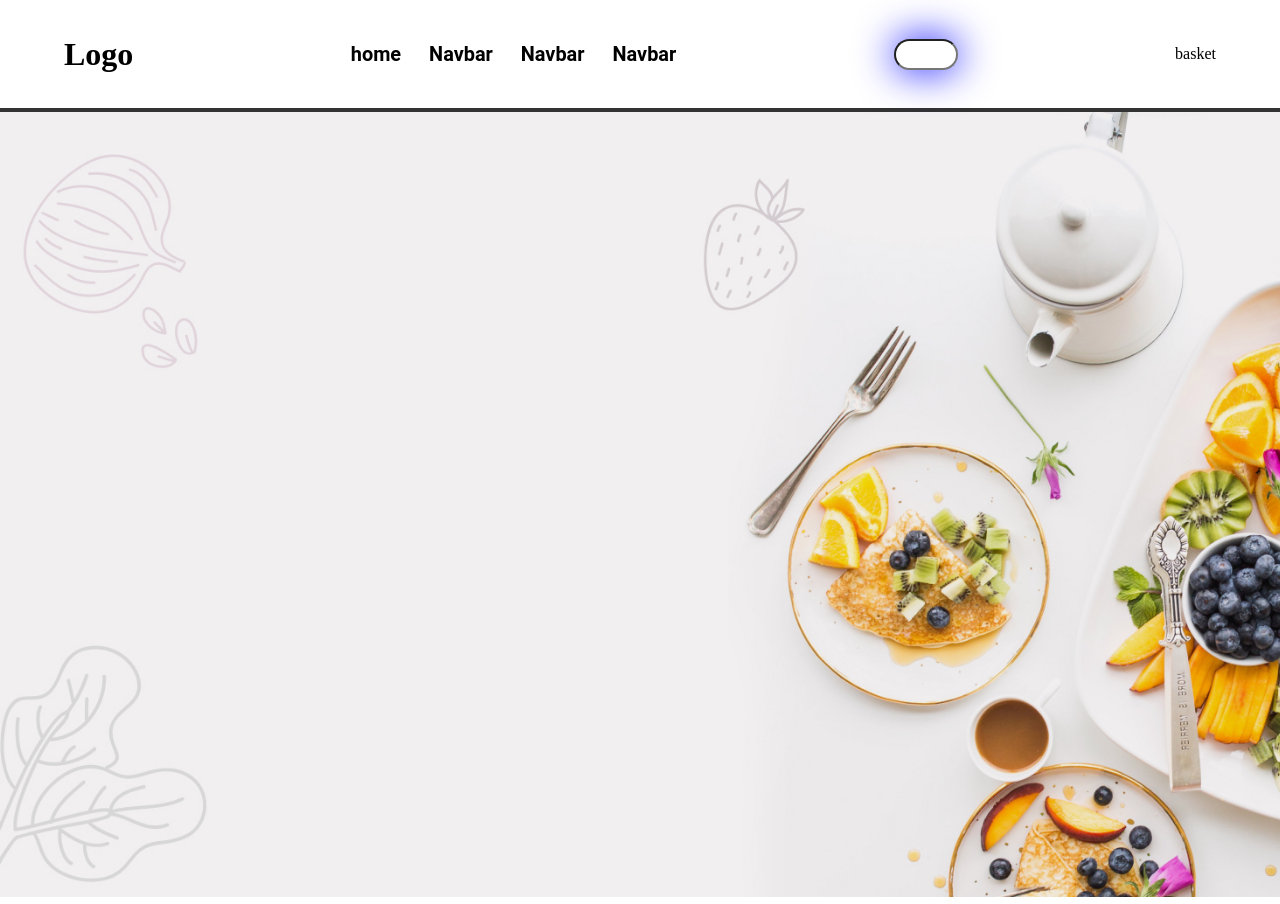
Repository: Islam432/Islam-and-Arsi---team
Page: /
These files come from the project's save history. The page is drawn as it stood at one moment and after the next save; the edit follows.
The browser window is 1280 px wide. The pictures show the whole page.
The pointer rests on the first visible `input`.
The project was rebuilt for these pictures with package versions that can differ from the ones it lists, and the page was loaded fresh each time. Also part of the build but not shown: vite.config.js, src/App.css, src/components/Comp/Comp.jsx.

Above is the page before, as saved 2023-03-11 23:43:06.

### src/main.jsx
import React from "react";
import ReactDOM from "react-dom/client";
import App from "./App";
import "./index.css";
import { BrowserRouter } from "react-router-dom";


ReactDOM.createRoot(document.getElementById("root")).render(
  <React.StrictMode>

      <BrowserRouter>
        <App />
      </BrowserRouter>

  </React.StrictMode>
);

### src/App.jsx
import { useState } from "react";
import reactLogo from "./assets/react.svg";
import "./App.css";
import { Route, Routes } from "react-router-dom";
import { Layout } from "./components/Layout";
import { Home } from "./components/Home/Home";
import { Comp } from "./components/Comp/Comp";

function App() {
  return (

    <Layout>  <Routes>
    <Route path="/" element = {<Home/>}/>
    <Route path="/comp" element= {<Comp/>} />
  </Routes></Layout>

  );
}

export default App;

### src/components/Layout/index.jsx
import React from 'react'
import { Navbar } from '../Navbar/Navbar'

export const Layout = ({children}) => {
  return (
  <>
 <Navbar/>
  <main>{children}</main>
  </>
  )
}

### src/components/Home/Home.jsx
import React from 'react'
import styles from './Home.module.css'


export const Home = () => {
  return (
    <div className={styles.cont}>
      <div className={styles.blok1}></div>
    </div>
  )
}

### src/components/Navbar/Navbar.jsx
import React from "react";
import { NavLink } from "react-router-dom";
import styles from "./Navbar.module.css";

export const Navbar = () => {
  return (
    <div className={styles.cont}>
      <form className={styles.allnav}>
        <h1>Logo</h1>

        <div className={styles.navbar}>
          <NavLink to={'/'} className={styles.NavLink}>
            <h3>home</h3>
          </NavLink>
          <NavLink to={'/comp'} className={styles.NavLink}>
            <h3>Navbar</h3>
          </NavLink>
          <NavLink className={styles.NavLink}>
            <h3>Navbar</h3>
          </NavLink>
          <NavLink className={styles.NavLink}>
            <h3>Navbar</h3>
          </NavLink>

        </div>

        <div className={styles.inputblok}>
          <input type="text" placeholder="serch" />
        </div>

        <div>basket</div>
      </form>
    </div>
  );
};

### src/components/Home/Home.module.css
.cont{
    margin: 0;



}
.blok1{
    background-image: url('./Banner.jpg');
  width: 100%;
 object-fit: cover;
min-height: 110vh;

    background-size: cover;
}

### src/components/Navbar/Navbar.module.css
.cont {
    margin: 0;
  display: flex;
  align-items: center;
  justify-content: center;
  height: 15vh;
  background: #ffffff;
border-bottom: 4px solid #333;
}

.allnav {
  display: flex;
  align-items: center;
  justify-content: space-between;
  width: 90%;
  height: 10vh;

}
.navbar {
  display: flex;
  justify-content: space-around;
  align-items: center;
  gap: 28px;

  font-family: Roboto;
  font-style: Bold;
  font-size: 17px;

}
.NavLink{
    text-decoration: none;
    color: rgb(0, 0, 0);
}
input{
  font-size: 15px;
  outline: none;
  padding: 5px;
  transition: all 0.5s ease-in, box-shadow 0.6s ease-in;
 width: 50px;
 cursor: pointer;

 border-radius: 100px;
}
input::placeholder{
  opacity: 0;
  color: #0f2a5f;
  transition: 1.1s linear;
}

input:hover{
  transition: all 0.2s ease-in ;
  box-shadow: 0px 0px 40px blue;
}
input:focus::placeholder{
  opacity: 1;
  transition: 1.1s linear;
}
input:focus,
input:not(:placeholder-shown){
  padding: 10px 20px;
  border-radius: 1000px;
  width: 150px;
  transition:  all 0.8s ease-out;
  box-shadow: 0px 0px 40px rgba(26, 51, 161, 0,5);
}

Loaded but not shown: index.html (common file); src/index.css (common file)

After the next save:
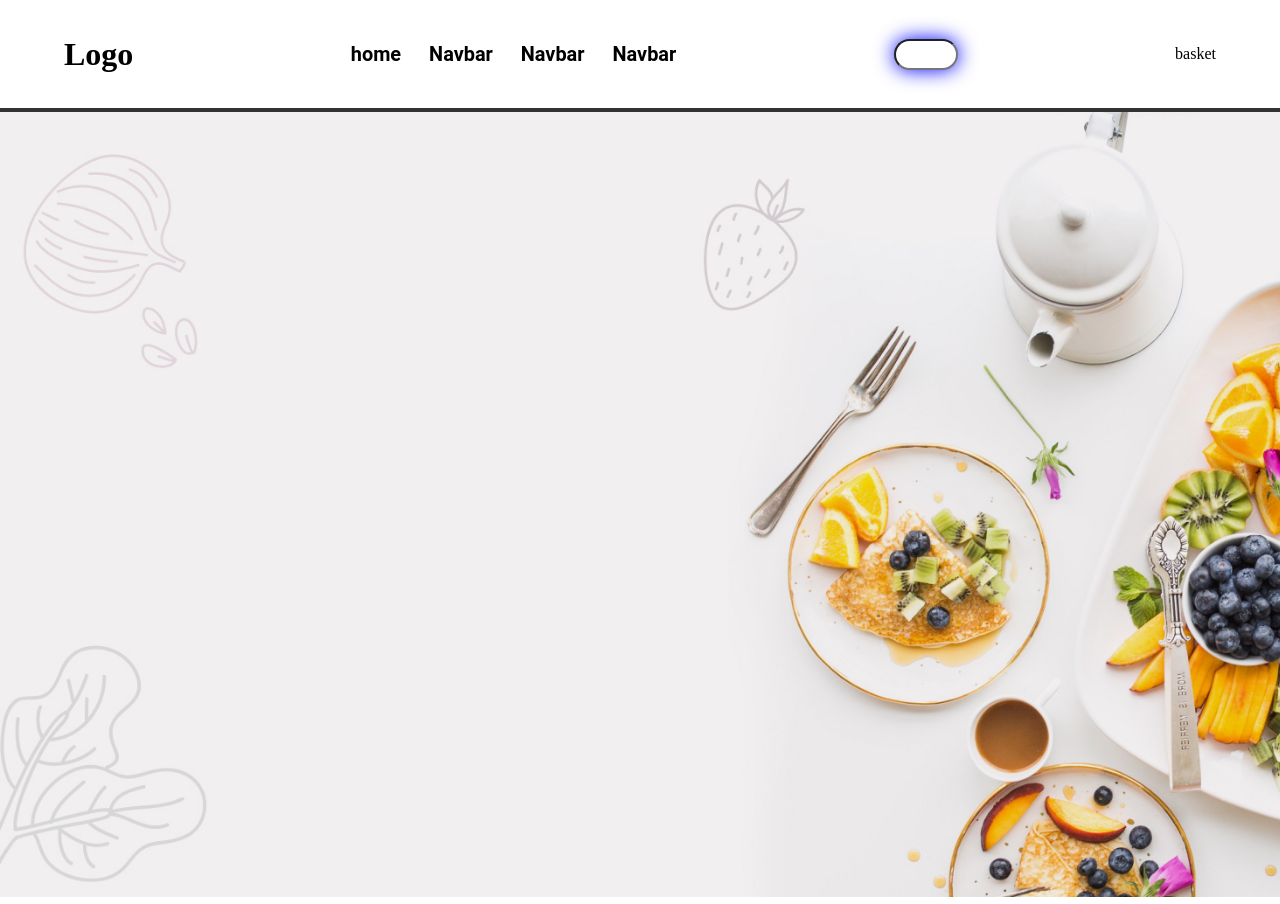
Saved 26 s later.
--- a/src/components/Navbar/Navbar.module.css
+++ b/src/components/Navbar/Navbar.module.css
@@ -49,7 +49,7 @@ input::placeholder{
 
 input:hover{
   transition: all 0.2s ease-in ;
-  box-shadow: 0px 0px 40px blue;
+  box-shadow: 0px 0px 20px blue;
 }
 input:focus::placeholder{
   opacity: 1;
